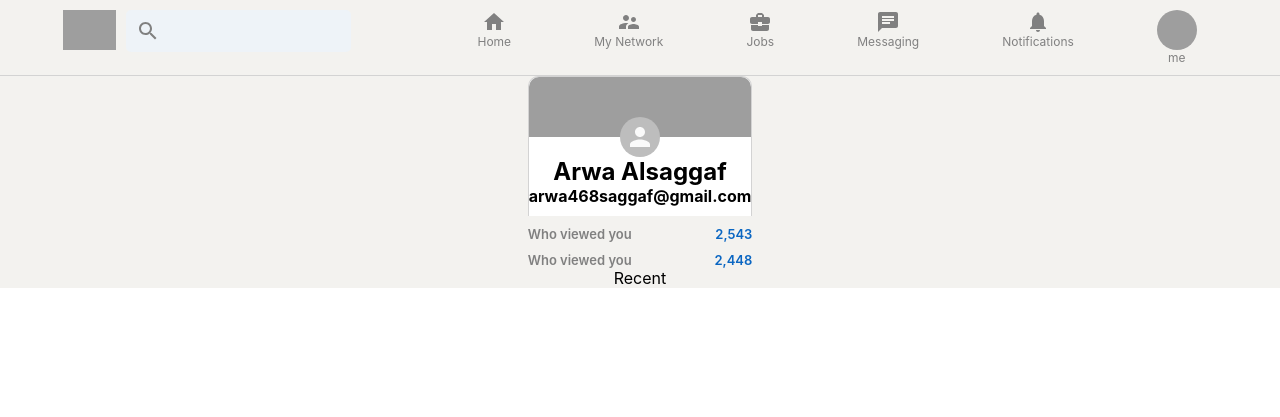
Repository: MEROO1010/linkedIn-clone-
Page: /
The author's editor kept a copy of each file at every save. The page is drawn from the files as they stood at one save, then again after the next save.
The browser window is 1280 px wide. The pictures show the whole page.
Pictures or frames that could not be fetched are drawn as grey boxes. The project was rebuilt for these pictures with package versions that can differ from the ones it lists, and the page was loaded fresh each time.

Above is the page before, as saved 2023-12-02 10:44:32.

### src/App.js
import React from 'react';
import './App.css';
import Header from './Header';
import Sidebar from './Sidebar';

function App() {
  return (
    <div className="app">

        <Header/>
      {/* App Body*/}
       <div className="app__body">
       <Sidebar/>

      {/* Feed*/}
      {/* Widgets*/}
      </div>
    </div>
  );
}

export default App;

### src/features/counter/counterSlice.js
import { createAsyncThunk, createSlice } from '@reduxjs/toolkit';
import { fetchCount } from './counterAPI';

const initialState = {
  value: 0,
  status: 'idle',
};

// The function below is called a thunk and allows us to perform async logic. It
// can be dispatched like a regular action: `dispatch(incrementAsync(10))`. This
// will call the thunk with the `dispatch` function as the first argument. Async
// code can then be executed and other actions can be dispatched. Thunks are
// typically used to make async requests.
export const incrementAsync = createAsyncThunk(
  'counter/fetchCount',
  async (amount) => {
    const response = await fetchCount(amount);
    // The value we return becomes the `fulfilled` action payload
    return response.data;
  }
);

export const counterSlice = createSlice({
  name: 'counter',
  initialState,
  // The `reducers` field lets us define reducers and generate associated actions
  reducers: {
    increment: (state) => {
      // Redux Toolkit allows us to write "mutating" logic in reducers. It
      // doesn't actually mutate the state because it uses the Immer library,
      // which detects changes to a "draft state" and produces a brand new
      // immutable state based off those changes
      state.value += 1;
    },
    decrement: (state) => {
      state.value -= 1;
    },
    // Use the PayloadAction type to declare the contents of `action.payload`
    incrementByAmount: (state, action) => {
      state.value += action.payload;
    },
  },
  // The `extraReducers` field lets the slice handle actions defined elsewhere,
  // including actions generated by createAsyncThunk or in other slices.
  extraReducers: (builder) => {
    builder
      .addCase(incrementAsync.pending, (state) => {
        state.status = 'loading';
      })
      .addCase(incrementAsync.fulfilled, (state, action) => {
        state.status = 'idle';
        state.value += action.payload;
      });
  },
});

export const { increment, decrement, incrementByAmount } = counterSlice.actions;

// The function below is called a selector and allows us to select a value from
// the state. Selectors can also be defined inline where they're used instead of
// in the slice file. For example: `useSelector((state: RootState) => state.counter.value)`
export const selectCount = (state) => state.counter.value;

// We can also write thunks by hand, which may contain both sync and async logic.
// Here's an example of conditionally dispatching actions based on current state.
export const incrementIfOdd = (amount) => (dispatch, getState) => {
  const currentValue = selectCount(getState());
  if (currentValue % 2 === 1) {
    dispatch(incrementByAmount(amount));
  }
};

export default counterSlice.reducer;

### src/App.css
.app{
    background-color: #f3f2ef;
    display: flex;
    flex-direction: column;
    align-items: center;
}

.app__body {
    display: flex;
}

### src/Header.js
import React from "react";
import "./Header.css";
import SearchIcon from '@mui/icons-material/Search';
import HeaderOption from "./HeaderOption";
import HomeIcon from '@mui/icons-material/Home';
import SupervisorAccountIcon from '@mui/icons-material/SupervisorAccount';
import BusinessCenterIcon from '@mui/icons-material/BusinessCenter';
import ChatIcon from '@mui/icons-material/Chat';
import NotificationsIcon from '@mui/icons-material/Notifications';




const Header = () => {
  return (
    <div className="header">


      <div className="header__left">
        <img
        src="https://upload.wikimedia.org/wikipedia/commons/thumb/8/81/LinkedIn_icon.svg/2048px-LinkedIn_icon.svg.png"
         alt="" />

        <div className="header__search">
          <SearchIcon />
          <input type="text" />
        </div>
      </div>

      <div className="header__right"></div>

        <HeaderOption Icon={HomeIcon} title="Home"/>
        <HeaderOption Icon={SupervisorAccountIcon} title="My Network"/>
        <HeaderOption Icon={BusinessCenterIcon} title="Jobs"/>
        <HeaderOption Icon={ChatIcon} title="Messaging"/>
        <HeaderOption Icon={NotificationsIcon} title="Notifications"/>
        <HeaderOption
          avatar="https://w7.pngwing.com/pngs/980/886/png-transparent-male-portrait-avatar-computer-icons-icon-design-avatar-flat-face-icon-people-head-cartoon-thumbnail.png"
          title ="me"/>
    </div>
  );
};

export default Header;

### src/Sidebar.js
import { Avatar } from "@material-ui/core";
import React from 'react'
import "./Sidebar.css"

const Sidebar = () => {
  return (
    <div className="sidebar">
      <div className="sidebar__top">
        <img src="https://images.unsplash.com/photo-1614850523296-d8c1af93d400?q=80&w=2070&auto=format&fit=crop&ixlib=rb-4.0.3&ixid=M3wxMjA3fDB8MHxwaG90by1wYWdlfHx8fGVufDB8fHx8fA%3D%3D" alt=""/>
        <Avatar calssName="sidebar__avatar"/>
        <h2>Arwa Alsaggaf</h2>
        <h4>arwa468saggaf@gmail.com</h4>
      </div>

      <div className="sidebar__stats">
        <div className="sidebar__stat">
            <p>Who viewed you</p>
            <p className="sidebar__statNumber">2,543</p>
        </div>
        <div className="sidebar__stat">
        <p>Who viewed you</p>
            <p className="sidebar__statNumber">2,448</p>
        </div>
      </div>

      <div className="sidebar__bottom">
        <p>Recent</p>
      </div>
    </div>
  )
}

export default Sidebar

### src/Header.css
.header {
 position: sticky;
 top:0;
 display: flex;
 justify-content: space-evenly;
 border-bottom: 0.1px solid lightgray;
 padding-top:10px ;
 padding-bottom: 10px;
 width: 100%;
 z-index:999;
}

.header__left {
    display: flex;
}

.header__left >img {
    object-fit: contain;
    height: 40px;
    margin-right: 10px;
}

.header__search {
    padding: 10px;
    display:flex;
    align-items: center;
    border-radius: 5px;
    height:22px;
    color: gray ;
    background-color: #eef3f8;
}

.header__search > input {
    outline: none;
    border: none;
    background: none;
}

.header__right {
    display: flex;
}

### src/HeaderOption.js
import React from 'react'
import "./HeaderOption.css"
import { Avatar } from "@material-ui/core";

function HeaderOption({avatar ,Icon, title}) {
  return (
    <div className="headerOption">
        {Icon && <Icon className="headerOption__icon" />}
        {avatar && <Avatar className="headerOption__icon" src={avatar}/>}
        <h3 className="headerOption__title">{title}</h3>
    </div>
  )
}

export default HeaderOption

### src/Sidebar.css
.sidebar {
    position: sticky;
    top: 80px;
    flex: 0.2;
    border-radius: 10px;
    text-align: center;
    height: fit-content;
}

.sidebar__avatar {
    margin-bottom: 10px;
}

.sidebar__top {
    display: flex;
    flex-direction: column;
    align-items: center;
    border: 1px solid lightgray;
    border-bottom: 0;
    border-top-left-radius:10px ;
    border-top-right-radius:10px ;
    background-color: white;
    padding-bottom: 10px;
}

.sidebar__top > img {
    margin-bottom: -20px;
    width: 100%;
    height: 60px;
    border-top-left-radius:10px ;
    border-top-right-radius:10px ;
    object-fit: cover;
}


.sidebar__stat {
    margin-top: 10px;
    display: flex;
    justify-content: space-between;
}

.sidebar__stat > p {
    color: gray;
    font-size: 13px;
    font-weight: 600;
}

.sidebar__statNumber {
    font-weight: bold;
    color: #0a66c2 !important;
}

### src/HeaderOption.css
.headerOption {
    display: flex;
    flex-direction: column;
    align-items: center;
    margin-right: 20px;
    color: gray;
    cursor: pointer;
}

.headerOption__title {
    font-size: 12px;
    font-weight: 400;
}

.headerOption:hover {
    color: black;
}

Loaded but not shown: public/index.html (common file); src/index.js (common file); src/app/store.js (common file); src/reportWebVitals.js (common file); src/index.css (common file); src/features/counter/counterAPI.js (common file)

After the next save:
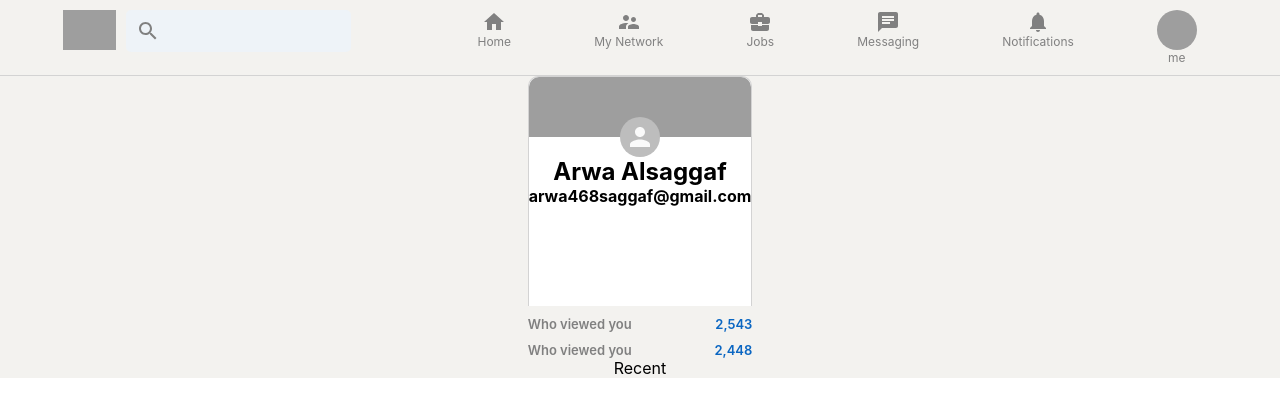
Saved 4 s later.
--- a/src/Sidebar.css
+++ b/src/Sidebar.css
@@ -20,7 +20,7 @@
     border-top-left-radius:10px ;
     border-top-right-radius:10px ;
     background-color: white;
-    padding-bottom: 10px;
+    padding-bottom: 100px;
 }
 
 .sidebar__top > img {

After the save that followed:
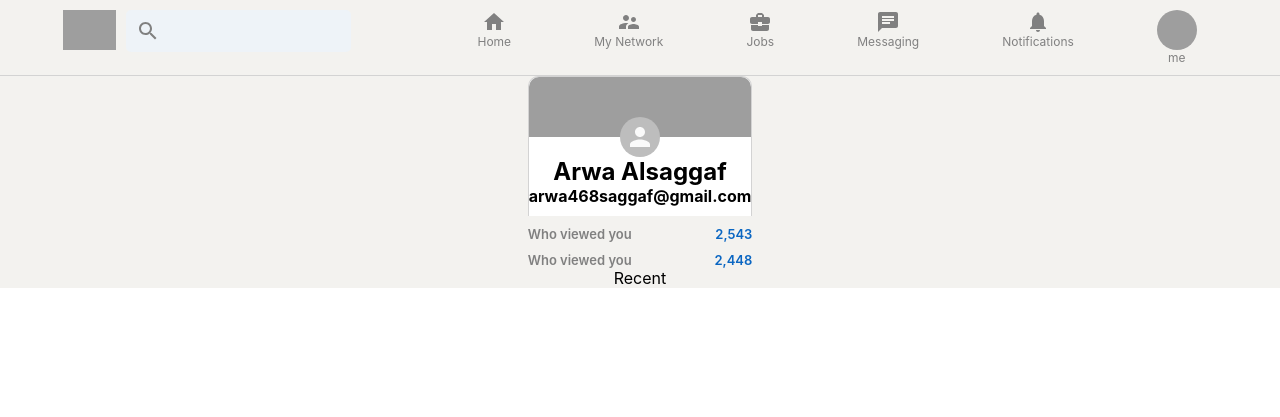
Saved 4 s later.
--- a/src/Sidebar.css
+++ b/src/Sidebar.css
@@ -20,7 +20,7 @@
     border-top-left-radius:10px ;
     border-top-right-radius:10px ;
     background-color: white;
-    padding-bottom: 100px;
+    padding-bottom: 10px;
 }
 
 .sidebar__top > img {
